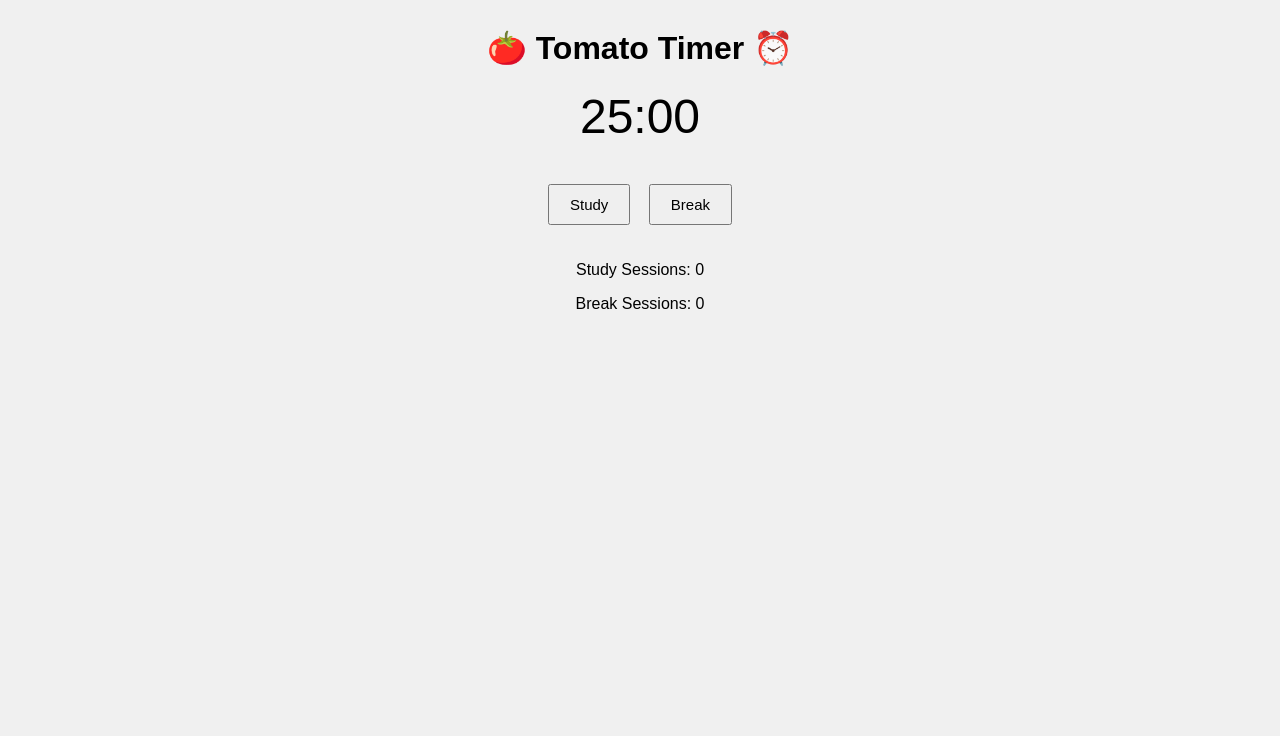
Repository: valentinaarojas/tomato-timer
Page: index.html
The author's editor kept a copy of each file at every save. The page is drawn from the files as they stood at one save, then again after the next save.
The browser window is 1280 px wide. The pictures show the whole page.

Above is the page before, as saved 2025-02-06 20:13:11.

### index.html
<!DOCTYPE html>
<html lang="en">
<head>
    <title>Tomato Timer</title>
    <link rel="stylesheet" href="styles.css">
</head>
<body>
    <div id="container">
        <h1>🍅 Tomato Timer ⏰</h1>
        <div id="timer-display">
            <span id="time-left">25:00</span>
        </div>
        <div id="buttons">
            <button id="study-btn">Study</button>
            <button id="break-btn">Break</button>
        </div>
        <div id="session-count">
            <p>Study Sessions: <span id="study-count">0</span></p>
            <p>Break Sessions: <span id="break-count">0</span></p>
        </div>
    </div>
</body>
</html>

### styles.css
body {
    font-family: Arial, sans-serif;
    background-color: #f0f0f0;
    display: flex;
    justify-content: center;
    text-align: center;
    height: 100vh;
}

.container {
    text-align: center;
}

#timer-display {
    margin: 20px 0;
    font-size: 48px;
}

#buttons button {
    font-size: 15px;
    margin: 20px 7px;
    padding: 10px 20px;
}

#session-count {
    margin-top: 10px;
}

After the next save:
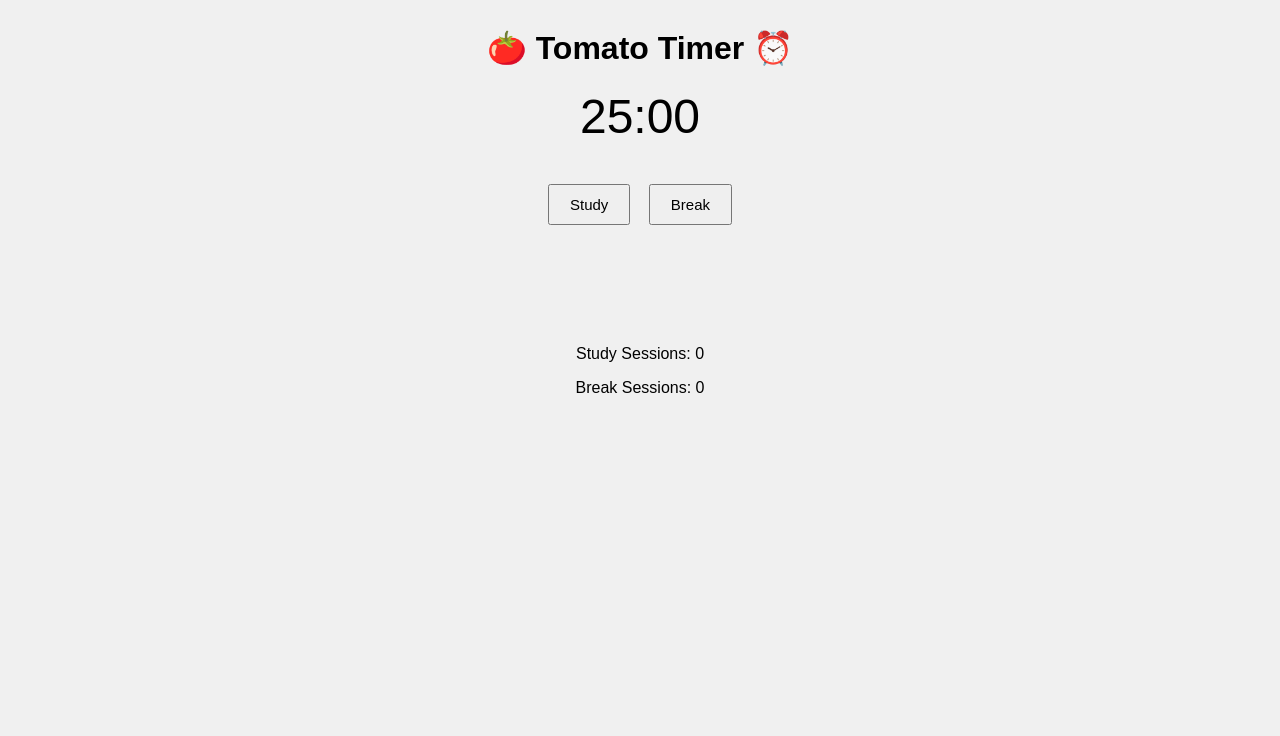
Saved 7 s later.
--- a/styles.css
+++ b/styles.css
@@ -23,5 +23,5 @@
 }
 
 #session-count {
-    margin-top: 10px;
+    margin-top: 100px;
 }

After the save that followed:
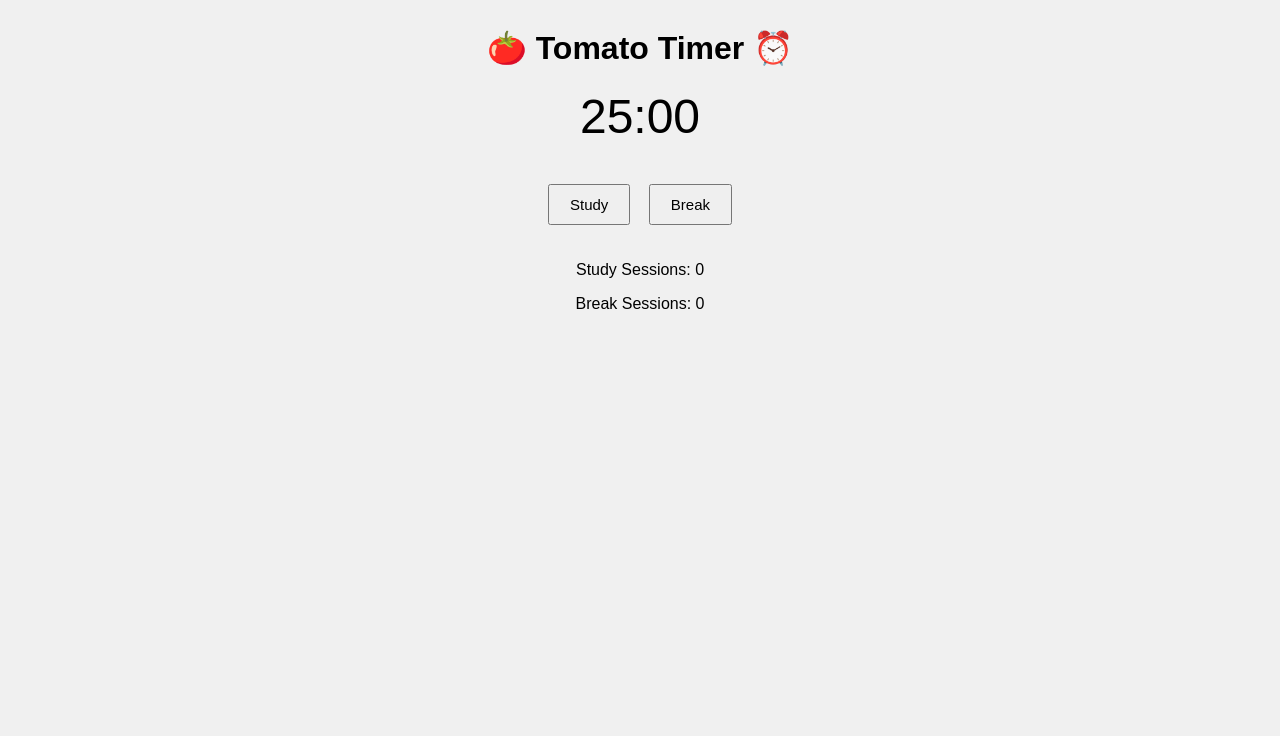
Saved 5 s later.
--- a/styles.css
+++ b/styles.css
@@ -23,5 +23,5 @@
 }
 
 #session-count {
-    margin-top: 100px;
+    margin-top: 10px;
 }
